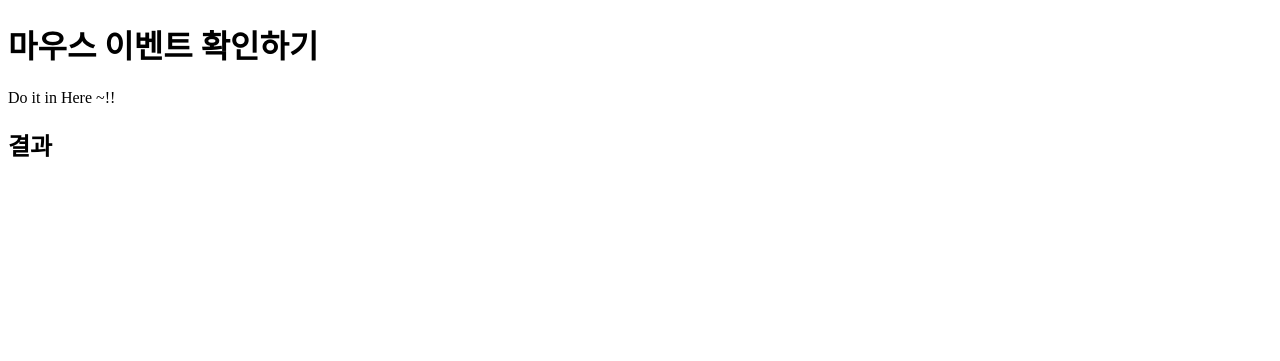
Repository: chaejunho689/bitcamp
Page: jQuery/src/main/webapp/02_jQueryEvent/exam02.html
These files come from the project's save history. The page is drawn as it stood at one moment and after the next save; the edit follows.
The browser window is 1280 px wide. The pictures show the whole page.

Above is the page before, as saved 2024-08-22 07:59:49.

### jQuery/src/main/webapp/02_jQueryEvent/exam02.html
<!DOCTYPE html>
<html>
<head>
<meta charset="UTF-8">
<title>Insert title here</title>
</head>
<body>
	<h1>마우스 이벤트 확인하기</h1>
	<div id="input">
		Do it in Here ~!!
	</div>
	<h2>결과</h2>
	<div id="result"></div>
</body>
</html>

### jQuery/src/main/webapp/css/event.css
@charset "UTF-8";

 css
* {
    padding: 0;
    margin: 10px;
}
#input, #result {
    border: 5px solid #D5D5D5;
    text-align: center;
    width: auto;
    font-weight: bold;
}
#input {
    background: #eef;
    padding: 5px;
}
#input:after {
    content: '';
    display: block;
    float: none;
    clear: both;
}
#input > input, #input > select, #input > div, #input > button, #input > div > button {
    width: 99%;
    text-align: center;
    display: block;
    font-size: 17px;
    color: #222;
    background: #eef;
    border: 3px solid #d3d3d3;
    margin: 5px auto;
    padding: 5px 0;
}
#input > h3 {
    text-align: left;
    margin: 0;
    padding: 10px 0 0 0;
}
#input > h3:before {
    content: '';
    display: block;
    float: none;
    clear: both;
}
#input > label {
    margin: 0;
    padding: 0;
    display: block;
    float: left;
    padding-bottom: 10px;
}
#input > label > input {
    width: auto !important;
    display: inline;
}
#input .myButton {
    box-shadow: inset 0px 1px 0px 0px #54a3f7; /* inset : 박스 안쪽의 그림자 */
    background: linear-gradient(to bottom, #007dc1 5%, #0061a7 100%);
    /* background-color: #007dc1; */
    border-radius: 3px;
    border: 1px solid #124d77;
    display: inline-block;
    color: #ffffff;
    font-family: arial;
    font-size: 15px;
    font-weight: normal;
    padding: 6px 24px;
    text-decoration: none;
    text-shadow: 0px 1px 0px #154682;
}
#input .myButton:hover {
    background: linear-gradient(to bottom, #0061a7 5%, #007dc1 100%);
    background-color: #0061a7;
}
#input .myButton:active {
    position: relative;
    top: 1px;
}

h2 {
    padding-top: 10px;
}
#result {
    padding: 50px;
    font-size: 17px;
    color: #500;
    background: #5AAEFF;
}

After the next save:
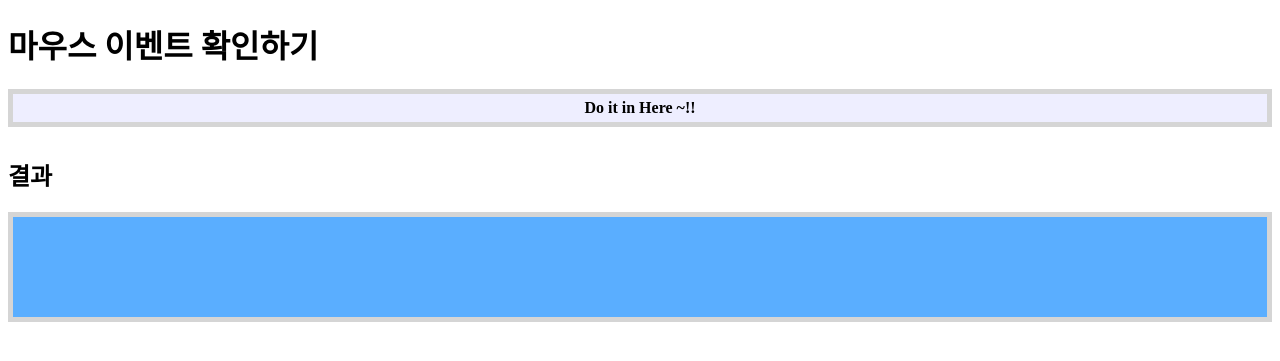
Saved 33 s later.
--- a/jQuery/src/main/webapp/02_jQueryEvent/exam02.html
+++ b/jQuery/src/main/webapp/02_jQueryEvent/exam02.html
@@ -3,6 +3,7 @@
 <head>
 <meta charset="UTF-8">
 <title>Insert title here</title>
+<link rel="stylesheet" type="text/css" href="../css/event.css">
 </head>
 <body>
 	<h1>마우스 이벤트 확인하기</h1>
